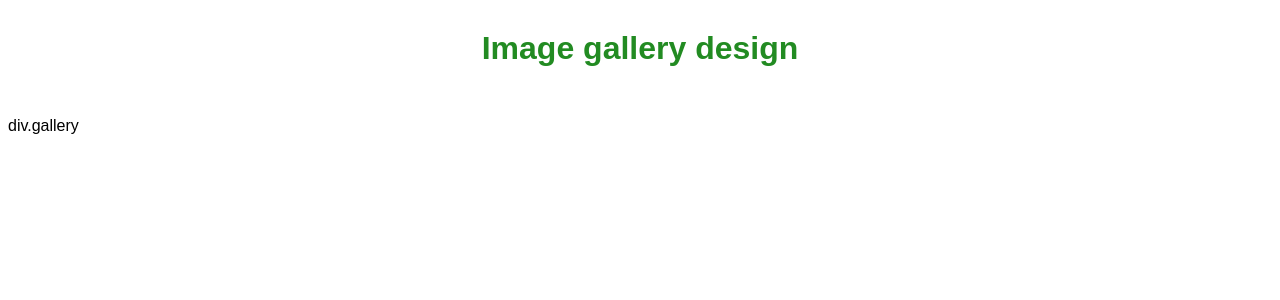
Repository: hindrik40/bildspel-lightbox
Page: index.html
The author's editor kept a copy of each file at every save. The page is drawn from the files as they stood at one save, then again after a run of saves.
The browser window is 1280 px wide. The pictures show the whole page.

Above is the page before, as saved 2021-08-08 16:29:06.

After the next 2 saves:
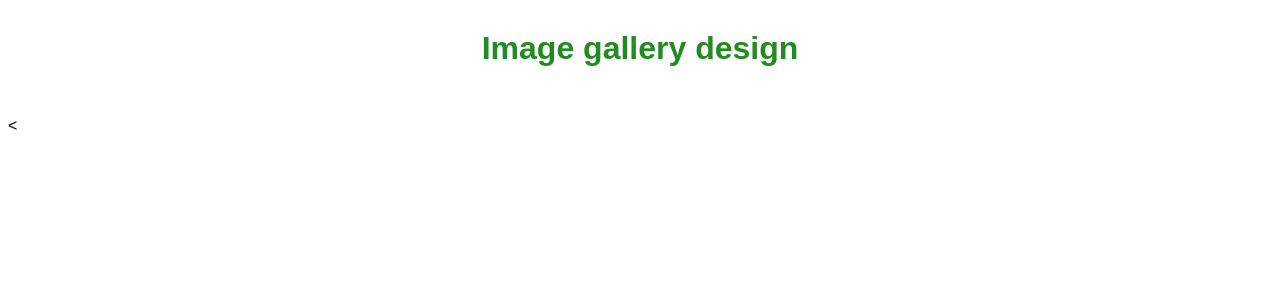
The 2 saves are shown as one change because they came seconds apart.
The last was saved 12 s later.
--- a/index.html
+++ b/index.html
@@ -9,7 +9,7 @@
 </head>
 <body>
     <h1>Image gallery design</h1>
-    div.gallery
+    <
 
 </body>
 </html>
